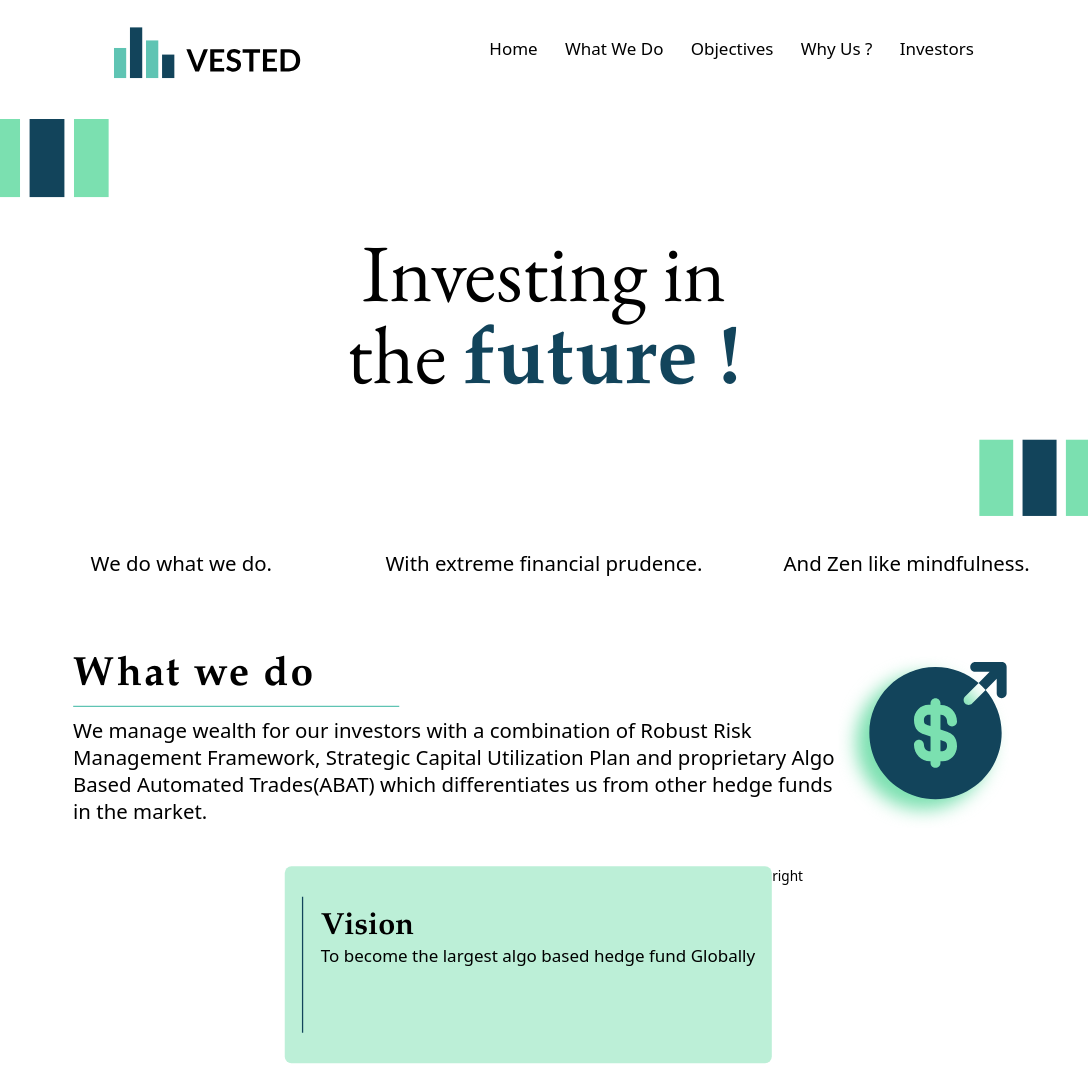
Repository: husainmamuwala/TippingPointsFinancial
Page: /
These files come from the project's save history. The page is drawn as it stood at one moment and after the next save; the edit follows.
The browser window is 1280 px wide. The pictures show the whole page, at 85% of full size.
The project was rebuilt for these pictures with package versions that can differ from the ones it lists, and the page was loaded fresh each time. The framework's server and built-in components were replaced by stand-ins that run in the browser. Also part of the build but not shown: next.config.js.

Above is the page before, as saved 2022-10-15 19:02:38.

### pages/_document.js
import Document, { Html, Head, Main, NextScript } from "next/document";

function MyDocument() {
  return (
    <Html>
      <Head>
      <link rel="preconnect" href="https://fonts.googleapis.com"/>
<link rel="preconnect" href="https://fonts.gstatic.com" crossorigin/>
<link href="https://fonts.googleapis.com/css2?family=EB+Garamond:ital,wght@0,400;0,600;1,500&display=swap" rel="stylesheet"></link>
      </Head>
      <body>
        <Main />
        <NextScript />
      </body>
    </Html>
  );
}

export default MyDocument;

### pages/index.js
import React from "react"
import Hero from "../components/Hero"
import Nav from "../components/Nav"
import Objectives from "../components/Objectives"
import Whatwedo from "../components/Whatwedo"


export default function Home() {
  return (

    <div className="h-screen">
      <Nav/>
      <section id="home">
        <Hero/>
      </section>
      <section id="whatwedo">
        <Whatwedo/>
      </section>
      <section id="objectives">
        <Objectives/>
      </section>
    </div>

  )
}

### styles/globals.css
@tailwind base;
@tailwind components;
@tailwind utilities;

@layer base{
    @font-face{
        font-family: "Garamond";
        src: url('/fonts/Garamond.woff2') format('woff2');
        font-family: 'Montserrat', sans-serif

    }

}

### components/Hero.jsx
import React from 'react'

const Hero = () => {
  return (
    <div className='flex flex-col py-6'>
      <div className='grid grid-flow-row'>
        <div className='justify-self-start self-start w-20 md:w-32 '>
          <svg className="" width="auto" height="auto" viewBox="0 0 125 90" fill="none" xmlns="http://www.w3.org/2000/svg">
            <rect x="-17" width="40" height="90" fill="#7BE0B0" />
            <rect x="34" width="40" height="90" fill="#12445B" />
            <rect x="85" width="40" height="90" fill="#7BE0B0" />
          </svg>
        </div>
        <div className='justify-self-center w-full py-5 md:py-10'>
          <span className=' text-6xl text-center lg:text-8xl font-garamond pt-5 pb-5'>
            <span className="block">Investing in</span>
            <span className="block">the <span className='text-[#12445B] font-semibold'>future !</span></span>
          </span>
        </div>
        <div className='justify-self-end self-end w-20 md:w-32'>
          <svg className='' width="auto" height="au" viewBox="0 0 128 90" fill="none" xmlns="http://www.w3.org/2000/svg">
            <rect width="40" height="90" fill="#7BE0B0" />
            <rect x="51" width="40" height="90" fill="#12445B" />
            <rect x="102" width="40" height="90" fill="#7BE0B0" />
          </svg>
        </div>
      </div>
      <div className='grid grid-row-3 md:grid-cols-3 justify-evenly text-center
        text-xl font-Montserrat md:text-2xl md:py-10'>
        <div>
          <span>We do what we do.</span>
        </div>
        <div>
          <span>With extreme financial prudence.</span>
        </div>
        <div>
          <span>And Zen like mindfulness.</span>
        </div>
      </div>
    </div>
  )
}

export default Hero

### components/Nav.jsx
import Link from 'next/link';
import React, { useState } from 'react'
import { FiMenu } from 'react-icons/fi';
import {AiOutlineClose} from 'react-icons/ai'

const Nav = () => {
    const Links=[
        {name:"Home",link:"/"},
        {name:"What We Do",link:"#whatwedo"},
        {name:"Objectives",link:"#objectives"},
        {name:"Why Us ?",link:"#whyus"},
        {name:"Investors",link:"/investors"},
    ];
    const [open,setOpen] = useState(false);
  return (
    <div className='w-full relative top-0 font-Montserrat font-[400] bg-white'>
        <div className='sticky lg:flex py-4 lg:px-10 items-center lg:justify-around'>
            <div className='mt-2 scale-75 md:scale-100'>
                <svg width="221" height="60" viewBox="0 0 221 60" fill="none" xmlns="http://www.w3.org/2000/svg">
                <path d="M110.63 25.972L100.118 52H95.7437L85.2317 25.972H89.1197C89.5397 25.972 89.8817 26.074 90.1457 26.278C90.4097 26.482 90.6077 26.746 90.7397 27.07L96.8777 42.946C97.0817 43.462 97.2737 44.032 97.4537 44.656C97.6457 45.268 97.8257 45.91 97.9937 46.582C98.1377 45.91 98.2937 45.268 98.4617 44.656C98.6297 44.032 98.8157 43.462 99.0197 42.946L105.122 27.07C105.218 26.794 105.404 26.542 105.68 26.314C105.968 26.086 106.316 25.972 106.724 25.972H110.63ZM118.184 29.824V37.042H127.292V40.768H118.184V48.13H129.74V52H113.324V25.972H129.74V29.824H118.184ZM147.891 30.706C147.747 30.958 147.591 31.144 147.423 31.264C147.267 31.372 147.069 31.426 146.829 31.426C146.577 31.426 146.301 31.336 146.001 31.156C145.713 30.964 145.365 30.754 144.957 30.526C144.549 30.298 144.069 30.094 143.517 29.914C142.977 29.722 142.335 29.626 141.591 29.626C140.919 29.626 140.331 29.71 139.827 29.878C139.323 30.034 138.897 30.256 138.549 30.544C138.213 30.832 137.961 31.18 137.793 31.588C137.625 31.984 137.541 32.422 137.541 32.902C137.541 33.514 137.709 34.024 138.045 34.432C138.393 34.84 138.849 35.188 139.413 35.476C139.977 35.764 140.619 36.022 141.339 36.25C142.059 36.478 142.797 36.724 143.553 36.988C144.309 37.24 145.047 37.54 145.767 37.888C146.487 38.224 147.129 38.656 147.693 39.184C148.257 39.7 148.707 40.336 149.043 41.092C149.391 41.848 149.565 42.766 149.565 43.846C149.565 45.022 149.361 46.126 148.953 47.158C148.557 48.178 147.969 49.072 147.189 49.84C146.421 50.596 145.479 51.196 144.363 51.64C143.247 52.072 141.969 52.288 140.529 52.288C139.701 52.288 138.885 52.204 138.081 52.036C137.277 51.88 136.503 51.652 135.759 51.352C135.027 51.052 134.337 50.692 133.689 50.272C133.041 49.852 132.465 49.384 131.961 48.868L133.383 46.546C133.503 46.378 133.659 46.24 133.851 46.132C134.043 46.012 134.247 45.952 134.463 45.952C134.763 45.952 135.087 46.078 135.435 46.33C135.783 46.57 136.197 46.84 136.677 47.14C137.157 47.44 137.715 47.716 138.351 47.968C138.999 48.208 139.773 48.328 140.673 48.328C142.053 48.328 143.121 48.004 143.877 47.356C144.633 46.696 145.011 45.754 145.011 44.53C145.011 43.846 144.837 43.288 144.489 42.856C144.153 42.424 143.703 42.064 143.139 41.776C142.575 41.476 141.933 41.224 141.213 41.02C140.493 40.816 139.761 40.594 139.017 40.354C138.273 40.114 137.541 39.826 136.821 39.49C136.101 39.154 135.459 38.716 134.895 38.176C134.331 37.636 133.875 36.964 133.527 36.16C133.191 35.344 133.023 34.342 133.023 33.154C133.023 32.206 133.209 31.282 133.581 30.382C133.965 29.482 134.517 28.684 135.237 27.988C135.957 27.292 136.845 26.734 137.901 26.314C138.957 25.894 140.169 25.684 141.537 25.684C143.073 25.684 144.489 25.924 145.785 26.404C147.081 26.884 148.185 27.556 149.097 28.42L147.891 30.706ZM171.969 29.95H164.121V52H159.279V29.95H151.431V25.972H171.969V29.95ZM180.235 29.824V37.042H189.343V40.768H180.235V48.13H191.791V52H175.375V25.972H191.791V29.824H180.235ZM219.194 38.986C219.194 40.894 218.876 42.646 218.24 44.242C217.604 45.838 216.71 47.212 215.558 48.364C214.406 49.516 213.02 50.41 211.4 51.046C209.78 51.682 207.98 52 206 52H196.082V25.972H206C207.98 25.972 209.78 26.296 211.4 26.944C213.02 27.58 214.406 28.474 215.558 29.626C216.71 30.766 217.604 32.134 218.24 33.73C218.876 35.326 219.194 37.078 219.194 38.986ZM214.226 38.986C214.226 37.558 214.034 36.28 213.65 35.152C213.278 34.012 212.732 33.052 212.012 32.272C211.304 31.48 210.44 30.874 209.42 30.454C208.412 30.034 207.272 29.824 206 29.824H200.942V48.148H206C207.272 48.148 208.412 47.938 209.42 47.518C210.44 47.098 211.304 46.498 212.012 45.718C212.732 44.926 213.278 43.966 213.65 42.838C214.034 41.698 214.226 40.414 214.226 38.986Z" fill="black"/>
                <rect y="24.4445" width="14.4444" height="35.5556" fill="#5FC4B3"/>
                <rect x="18.8889" width="14.4444" height="60" fill="#12445B"/>
                <rect x="37.7778" y="15.5555" width="14.4444" height="44.4444" fill="#5FC4B3"/>
                <rect x="56.6667" y="32.2222" width="14.4444" height="27.7778" fill="#12445B"/>
                </svg>

            </div>
            <div onClick={()=>setOpen(!open)}
                 className='text-3xl absolute right-8 top-11 pr-8 cursor-pointer lg:hidden'>
                    {!open ? <FiMenu size={40}/> : <AiOutlineClose size={40}/>}
            </div>

            <ul className={`lg:flex lg:flex-row lg:items-center font-Montserrat pb-12 lg:pb-0
            absolute lg:static bg-white lg:z-auto z-[-1] w-full left-0  lg:pl-0 pl-9 lg:w-auto
            transition-all duration-500 ease-in
            ${open ? "flex-col" : "hidden"}`}>
                {
                    Links.map((link)=>(
                        <li onClick={() => setOpen(false)} key={link.link} className="md:ml-8 text-xl my-7 hover:text-[#5FC4B3]
                         relative transition-all hover:top-1">
                            <Link href={link.link}
                            className="font-Monteserrat">
                                {link.name}
                            </Link>
                        </li>
                    ))
                }
            </ul>
        </div>
    </div>
  )
}

export default Nav

### components/Objectives.jsx
import React from 'react'

const Objectives = () => {
  const Data = [
    {title:"Vision",desc:"To become the largest algo based hedge fund Globally"},]
  return (
    <div className='flex flex-col md:flex-row justify-center py-5 px-10'>
        <div>
          <div className='relative w-full bg-[#7BE0B0] bg-opacity-50 rounded-lg p-5 flex flex-row '>
              <div className='pr-5 h-28 lg:h-48'>
                  <svg width="2" height="auto" viewBox="0 0 2 160" fill="none" xmlns="http://www.w3.org/2000/svg">
                  <line x1="1" y1="4.37114e-08" x2="0.999993" y2="160" stroke="#12445B" stroke-width="2"/>
                  </svg>
              </div>
              {
                Data.map((data)=>(
              <div className='lg:py-8'>
                <h1 className='text-3xl lg:text-4xl font-semibold font-garamond'>{data.title}</h1>
                <p className='font-montserrat text-xl'>{data.desc}</p>
              </div>
                ))}
          </div>
        </div>
          <div>
              right
          </div>

    </div>
  )
}

export default Objectives

### components/Whatwedo.tsx
import React from 'react'


const whatwedo = () => {
    return (
        <div className='py-5 px-10 flex md:flex-row flex-col justify-center'>
            <div className='md:w-3/4'>
                <div>
                    <h4 className='text-3xl md:text-5xl font-garamond font-semibold py-2 tracking-wider'>
                        What we do
                    </h4>

                    <svg className="lg:w-96 lg:h-2" width="auto" height="2" viewBox="0 0 589 2" fill="none" xmlns="http://www.w3.org/2000/svg">
                        <line y1="1" x2="589" y2="1" stroke="#5FC4B3" strokeWidth="2" />
                    </svg>

                    <p className='py-2 text-xl md:text-2xl'>
                        We manage wealth for our investors with a combination of Robust Risk Management Framework,
                        Strategic Capital Utilization Plan and proprietary Algo Based Automated Trades(ABAT)
                        which differentiates us from other hedge funds in the market.
                    </p>
                </div>
            </div>
            <div className='w-52 hidden md:block lg:self-center'>
                <svg width="auto" height="auto" viewBox="0 0 226 223" fill="none" xmlns="http://www.w3.org/2000/svg">
                    <g filter="url(#filter0_f_6_45)">
                        <circle cx="109.027" cy="113.259" r="86.0274" fill="#7BE0B0" />
                    </g>
                    <path d="M109.698 84.8371C109.698 89.4046 110.967 90.0812 113.843 91.0962L118.156 92.6187V78.2396H115.619C112.405 78.2396 109.698 81.2 109.698 84.8371ZM130.844 124.76H133.381C136.68 124.76 139.302 121.8 139.302 118.163C139.302 113.595 138.033 112.919 135.158 111.904L130.844 110.381V124.76Z" fill="#12445B" />
                    <path d="M188.614 46.3517L171.275 63.6913C170.006 64.96 168.399 65.5521 166.792 65.5521C165.185 65.5521 163.578 64.96 162.309 63.6913C161.129 62.4975 160.467 60.8867 160.467 59.2083C160.467 57.53 161.129 55.9192 162.309 54.7254L179.648 37.3858C164.762 24.6983 145.561 16.9167 124.5 16.9167C77.81 16.9167 39.9167 54.81 39.9167 101.5C39.9167 148.19 77.81 186.083 124.5 186.083C171.19 186.083 209.083 148.19 209.083 101.5C209.083 80.4388 201.302 61.2383 188.614 46.3517ZM139.302 99.9775C144.715 101.923 151.99 105.814 151.99 118.248C151.99 128.82 143.616 137.533 133.381 137.533H130.844V139.647C130.844 143.115 127.968 145.991 124.5 145.991C121.032 145.991 118.156 143.115 118.156 139.647V137.533H117.48C106.23 137.533 97.0104 128.059 97.0104 116.387C97.0104 112.834 99.8863 109.958 103.354 109.958C106.822 109.958 109.698 112.834 109.698 116.302C109.698 120.954 113.166 124.76 117.48 124.76H118.156V105.983L109.698 103.023C104.285 101.077 97.0104 97.1863 97.0104 84.7525C97.0104 74.1796 105.384 65.4675 115.619 65.4675H118.156V63.4375C118.156 59.9696 121.032 57.0938 124.5 57.0938C127.968 57.0938 130.844 59.9696 130.844 63.4375V65.5521H131.52C142.77 65.5521 151.99 75.0254 151.99 86.6979C151.99 90.1658 149.114 93.0417 145.646 93.0417C142.178 93.0417 139.302 90.1658 139.302 86.6979C139.302 82.0458 135.834 78.2396 131.52 78.2396H130.844V97.0171L139.302 99.9775ZM214.92 14.4638C214.251 12.9061 213.009 11.6647 211.452 10.9958C210.691 10.7256 209.891 10.5827 209.083 10.5729H175.25C171.782 10.5729 168.906 13.4488 168.906 16.9167C168.906 20.3846 171.782 23.2604 175.25 23.2604H193.774L179.648 37.3858C182.863 40.1771 185.823 43.1375 188.614 46.3517L202.74 32.2263V50.75C202.74 54.2179 205.615 57.0938 209.083 57.0938C212.551 57.0938 215.427 54.2179 215.427 50.75V16.9167C215.427 16.0708 215.258 15.3096 214.92 14.4638Z" fill="#12445B" />
                    <defs>
                        <filter id="filter0_f_6_45" x="0" y="4.2317" width="218.055" height="218.055" filterUnits="userSpaceOnUse" colorInterpolationFilters="sRGB">
                            <feFlood floodOpacity="0" result="BackgroundImageFix" />
                            <feBlend mode="normal" in="SourceGraphic" in2="BackgroundImageFix" result="shape" />
                            <feGaussianBlur stdDeviation="11.5" result="effect1_foregroundBlur_6_45" />
                        </filter>
                    </defs>
                </svg>
            </div>
        </div>
    )
}

export default whatwedo

### tailwind.config.js
/** @type {import('tailwindcss').Config} */
module.exports = {
  content: [
    "./pages/**/*.{js,ts,jsx,tsx}",
    "./components/**/*.{js,ts,jsx,tsx}",
  ],
  theme: {
    extend: {
      fontFamily: {
        garamond:'Garamond'
      }
    },
  },
  plugins: [],
}

Loaded but not shown: pages/_app.js (common file)

After the next save:
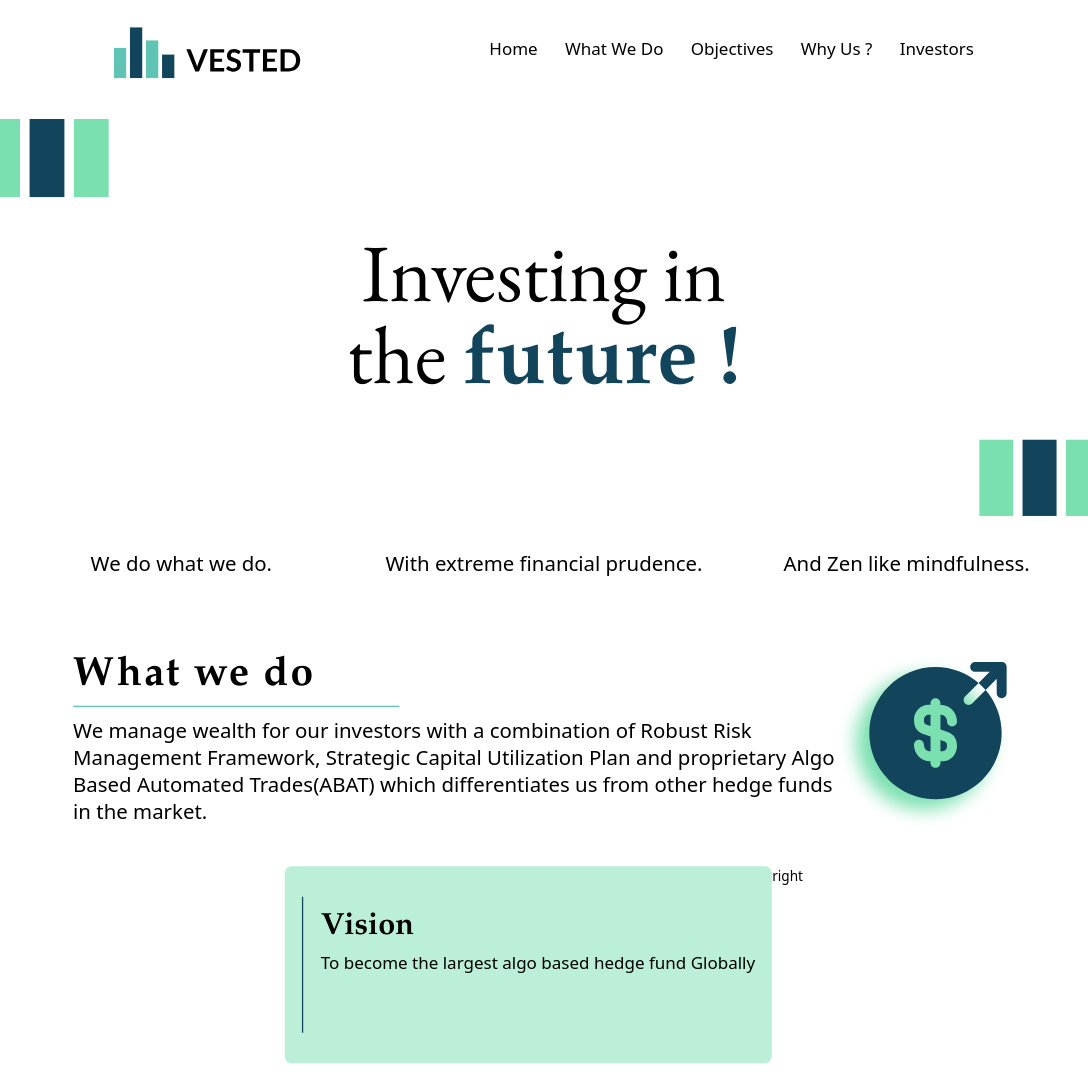
Saved 9 s later.
--- a/components/Objectives.jsx
+++ b/components/Objectives.jsx
@@ -16,7 +16,7 @@
                 Data.map((data)=>(
               <div className='lg:py-8'>
                 <h1 className='text-3xl lg:text-4xl font-semibold font-garamond'>{data.title}</h1>
-                <p className='font-montserrat text-xl'>{data.desc}</p>
+                <p className='font-montserrat text-xl py-2'>{data.desc}</p>
               </div>
                 ))}
           </div>
